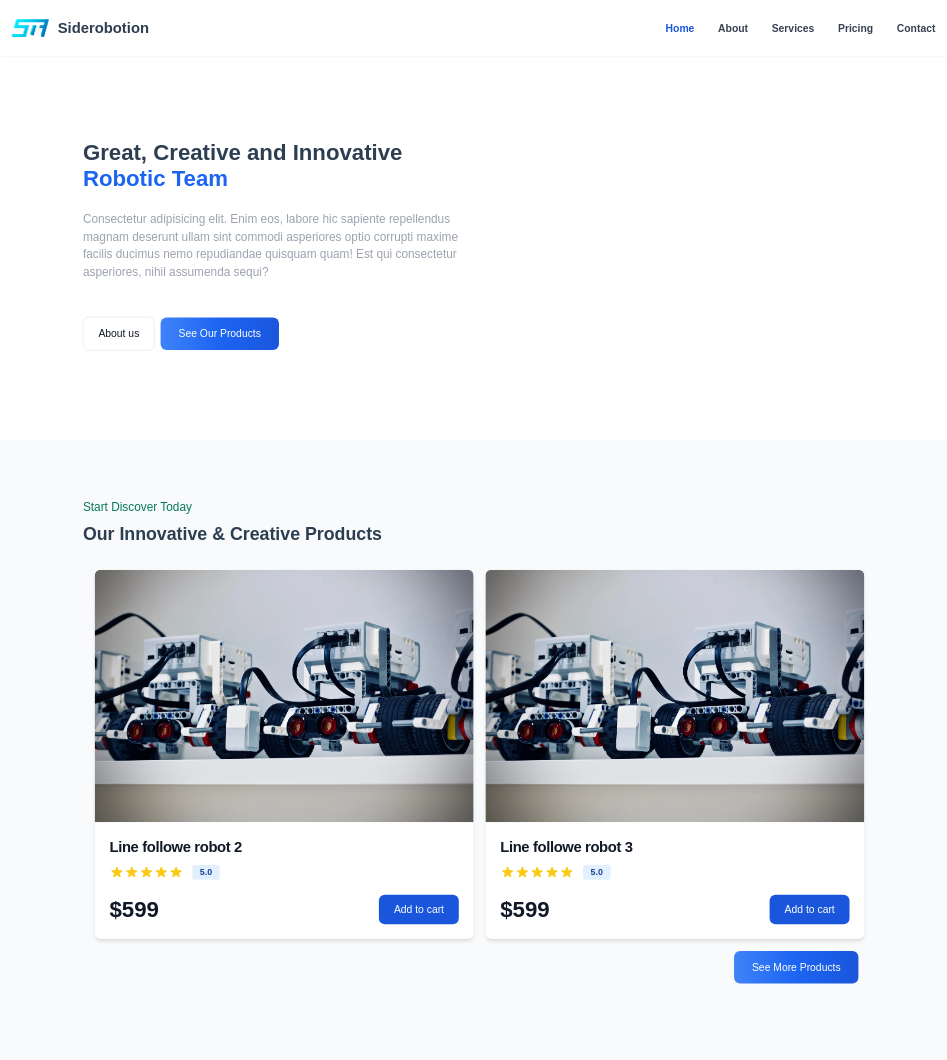
Repository: khulqu15/siderobotion
Page: /
An editor plug-in stored every save of this project. The page is shown before and after the next save, followed by the edit.
The browser window is 1280 px wide. The pictures show the whole page, at 74% of full size.
The project was rebuilt for these pictures with package versions that can differ from the ones it lists, and the page was loaded fresh each time. Also part of the build but not shown: vue.config.js.

Above is the page before, as saved 2022-06-12 02:48:13.

### src/main.js
import { createApp } from 'vue'
import App from './App.vue'
import './registerServiceWorker'
import router from './router'
import store from './store'
import 'flowbite'
import './index.css'

createApp(App)
  .use(store)
  .use(router)
  .mount('#app')

### src/index.css
@tailwind base;
@tailwind components;
@tailwind utilities;
@import url('https://fonts.googleapis.com/css2?family=Poppins:ital,wght@0,100;0,200;0,300;0,400;0,500;0,600;0,700;0,800;0,900;1,100;1,200;1,300;1,400;1,500;1,600;1,700;1,800;1,900&display=swap');

* {
  font-family: 'Poppins', sans-serif !important;
}

### src/views/HomeView.vue
<template>

  <web-layout>
    <div class="p-12 md:p-28 grid grid-cols-1 md:grid-cols-2 gap-4">
      <div class="text-start">
        <h1 class="text-3xl font-semibold">Great, Creative and Innovative <span class="text-blue-600">Robotic Team</span> </h1>
        <p class="text-gray-400 mt-6 mb-12">Consectetur adipisicing elit. Enim eos, labore hic sapiente repellendus magnam deserunt ullam sint commodi asperiores optio corrupti maxime facilis ducimus nemo repudiandae quisquam quam! Est qui consectetur asperiores, nihil assumenda sequi?</p>
        <button type="button" class="py-3 px-5 mr-2 mb-2 text-sm font-medium text-gray-900 focus:outline-none bg-white rounded-lg border border-gray-200 hover:bg-gray-100 hover:text-blue-700 focus:z-10 focus:ring-4 focus:ring-gray-200">About us</button>
        <button type="button" class="text-white bg-gradient-to-r from-blue-500 via-blue-600 to-blue-700 hover:bg-gradient-to-br focus:ring-4 focus:outline-none focus:ring-blue-300 dark:focus:ring-blue-800 font-medium rounded-lg text-sm px-6 py-3 text-center mr-2 mb-2">See Our Products</button>
      </div>
    </div>

    <div class="px-12 md:px-28 py-20 bg-gray-50">
      <div class="text-start">
        <p class="mb-2 text-green-600">Start Discover Today</p>
        <h1 class="text-2xl mb-4 font-semibold">Our Innovative & Creative Products</h1>
      </div>
      <div class="py-4 text-start grid grid-cols-1 md:grid-cols-1 gap-4">
        <div v-for="(item, index) in 3" :key="index">
          <div class="w-full bg-white rounded-lg shadow-md dark:bg-gray-800 dark:border-gray-700">
            <a href="#">
              <img class="rounded-t-lg" :src="require('@/assets/images/product.webp')" alt="product image" />
            </a>
            <div class="p-5">
              <a href="#">
                <h5 class="text-xl font-semibold tracking-tight text-gray-900 dark:text-white">Line followe robot {{ item }}</h5>
              </a>
              <div class="flex items-center mt-2.5 mb-5">
                <svg class="w-5 h-5 text-yellow-300" fill="currentColor" viewBox="0 0 20 20" xmlns="http://www.w3.org/2000/svg"><path d="M9.049 2.927c.3-.921 1.603-.921 1.902 0l1.07 3.292a1 1 0 00.95.69h3.462c.969 0 1.371 1.24.588 1.81l-2.8 2.034a1 1 0 00-.364 1.118l1.07 3.292c.3.921-.755 1.688-1.54 1.118l-2.8-2.034a1 1 0 00-1.175 0l-2.8 2.034c-.784.57-1.838-.197-1.539-1.118l1.07-3.292a1 1 0 00-.364-1.118L2.98 8.72c-.783-.57-.38-1.81.588-1.81h3.461a1 1 0 00.951-.69l1.07-3.292z"></path></svg>
                <svg class="w-5 h-5 text-yellow-300" fill="currentColor" viewBox="0 0 20 20" xmlns="http://www.w3.org/2000/svg"><path d="M9.049 2.927c.3-.921 1.603-.921 1.902 0l1.07 3.292a1 1 0 00.95.69h3.462c.969 0 1.371 1.24.588 1.81l-2.8 2.034a1 1 0 00-.364 1.118l1.07 3.292c.3.921-.755 1.688-1.54 1.118l-2.8-2.034a1 1 0 00-1.175 0l-2.8 2.034c-.784.57-1.838-.197-1.539-1.118l1.07-3.292a1 1 0 00-.364-1.118L2.98 8.72c-.783-.57-.38-1.81.588-1.81h3.461a1 1 0 00.951-.69l1.07-3.292z"></path></svg>
                <svg class="w-5 h-5 text-yellow-300" fill="currentColor" viewBox="0 0 20 20" xmlns="http://www.w3.org/2000/svg"><path d="M9.049 2.927c.3-.921 1.603-.921 1.902 0l1.07 3.292a1 1 0 00.95.69h3.462c.969 0 1.371 1.24.588 1.81l-2.8 2.034a1 1 0 00-.364 1.118l1.07 3.292c.3.921-.755 1.688-1.54 1.118l-2.8-2.034a1 1 0 00-1.175 0l-2.8 2.034c-.784.57-1.838-.197-1.539-1.118l1.07-3.292a1 1 0 00-.364-1.118L2.98 8.72c-.783-.57-.38-1.81.588-1.81h3.461a1 1 0 00.951-.69l1.07-3.292z"></path></svg>
                <svg class="w-5 h-5 text-yellow-300" fill="currentColor" viewBox="0 0 20 20" xmlns="http://www.w3.org/2000/svg"><path d="M9.049 2.927c.3-.921 1.603-.921 1.902 0l1.07 3.292a1 1 0 00.95.69h3.462c.969 0 1.371 1.24.588 1.81l-2.8 2.034a1 1 0 00-.364 1.118l1.07 3.292c.3.921-.755 1.688-1.54 1.118l-2.8-2.034a1 1 0 00-1.175 0l-2.8 2.034c-.784.57-1.838-.197-1.539-1.118l1.07-3.292a1 1 0 00-.364-1.118L2.98 8.72c-.783-.57-.38-1.81.588-1.81h3.461a1 1 0 00.951-.69l1.07-3.292z"></path></svg>
                <svg class="w-5 h-5 text-yellow-300" fill="currentColor" viewBox="0 0 20 20" xmlns="http://www.w3.org/2000/svg"><path d="M9.049 2.927c.3-.921 1.603-.921 1.902 0l1.07 3.292a1 1 0 00.95.69h3.462c.969 0 1.371 1.24.588 1.81l-2.8 2.034a1 1 0 00-.364 1.118l1.07 3.292c.3.921-.755 1.688-1.54 1.118l-2.8-2.034a1 1 0 00-1.175 0l-2.8 2.034c-.784.57-1.838-.197-1.539-1.118l1.07-3.292a1 1 0 00-.364-1.118L2.98 8.72c-.783-.57-.38-1.81.588-1.81h3.461a1 1 0 00.951-.69l1.07-3.292z"></path></svg>
                <span class="bg-blue-100 text-blue-800 text-xs font-semibold mr-2 px-2.5 py-0.5 rounded dark:bg-blue-200 dark:text-blue-800 ml-3">5.0</span>
              </div>
              <div class="flex justify-between items-center">
                <span class="text-3xl font-bold text-gray-900 dark:text-white">$599</span>
                <a href="#" class="text-white bg-blue-700 hover:bg-blue-800 focus:ring-4 focus:outline-none focus:ring-blue-300 font-medium rounded-lg text-sm px-5 py-2.5 text-center dark:bg-blue-600 dark:hover:bg-blue-700 dark:focus:ring-blue-800">Add to cart</a>
              </div>
            </div>
          </div>
        </div>
        <div class="text-right col-span-3">
          <button type="button" class="text-white bg-gradient-to-r from-blue-500 via-blue-600 to-blue-700 hover:bg-gradient-to-br focus:ring-4 focus:outline-none focus:ring-blue-300 dark:focus:ring-blue-800 font-medium rounded-lg text-sm px-6 py-3 text-center mr-2 mb-2">See More Products</button>
        </div>
      </div>
    </div>
  </web-layout>

</template>

<script>
import WebLayout from '@/layouts/WebLayout.vue'
export default {
  name: 'HomeView',
  components: {
    WebLayout
  }
}
</script>

### src/layouts/WebLayout.vue
<template>
  <div id="app-web">
    <div id="nav">
      <navigation-header/>
    </div>
    <div id="body-content">
      <slot id="content"></slot>
    </div>
  </div>
</template>

<script>
import NavigationHeader from '@/components/NavigationHeader.vue'
export default {
  components: {
    NavigationHeader
  }
}
</script>

### src/components/NavigationHeader.vue
<template>
  <div>
    <nav class="bg-white border-gray-200 px-2 sm:px-4 py-6 shadow-sm rounded dark:bg-gray-800">
      <div class="container flex flex-wrap justify-between items-center mx-auto">
        <a href="/" class="flex items-center">
          <img :src="require('@/assets/logo.webp')" class="mr-3 h-4 sm:h-6" alt="Siderobotion Logo">
          <span class="self-center text-xl font-semibold whitespace-nowrap dark:text-white">Siderobotion</span>
        </a>
        <button data-collapse-toggle="mobile-menu" type="button" class="inline-flex items-center p-2 ml-3 text-sm text-gray-500 rounded-lg md:hidden hover:bg-gray-100 focus:outline-none focus:ring-2 focus:ring-gray-200 dark:text-gray-400 dark:hover:bg-gray-700 dark:focus:ring-gray-600" aria-controls="mobile-menu" aria-expanded="false">
          <span class="sr-only">Open main menu</span>
          <svg class="w-6 h-6" fill="currentColor" viewBox="0 0 20 20" xmlns="http://www.w3.org/2000/svg"><path fill-rule="evenodd" d="M3 5a1 1 0 011-1h12a1 1 0 110 2H4a1 1 0 01-1-1zM3 10a1 1 0 011-1h12a1 1 0 110 2H4a1 1 0 01-1-1zM3 15a1 1 0 011-1h12a1 1 0 110 2H4a1 1 0 01-1-1z" clip-rule="evenodd"></path></svg>
          <svg class="hidden w-6 h-6" fill="currentColor" viewBox="0 0 20 20" xmlns="http://www.w3.org/2000/svg"><path fill-rule="evenodd" d="M4.293 4.293a1 1 0 011.414 0L10 8.586l4.293-4.293a1 1 0 111.414 1.414L11.414 10l4.293 4.293a1 1 0 01-1.414 1.414L10 11.414l-4.293 4.293a1 1 0 01-1.414-1.414L8.586 10 4.293 5.707a1 1 0 010-1.414z" clip-rule="evenodd"></path></svg>
        </button>
        <div class="hidden w-full md:block md:w-auto" id="mobile-menu">
          <ul class="flex flex-col mt-4 md:flex-row md:space-x-8 md:mt-0 md:text-sm md:font-medium">
            <li>
              <a href="#" class="block py-2 pr-4 pl-3 text-white bg-blue-700 rounded md:bg-transparent md:text-blue-700 md:p-0 dark:text-white" aria-current="page">Home</a>
            </li>
            <li>
              <a href="#" class="block py-2 pr-4 pl-3 text-gray-700 border-b border-gray-100 hover:bg-gray-50 md:hover:bg-transparent md:border-0 md:hover:text-blue-700 md:p-0 dark:text-gray-400 md:dark:hover:text-white dark:hover:bg-gray-700 dark:hover:text-white md:dark:hover:bg-transparent dark:border-gray-700">About</a>
            </li>
            <li>
              <a href="#" class="block py-2 pr-4 pl-3 text-gray-700 border-b border-gray-100 hover:bg-gray-50 md:hover:bg-transparent md:border-0 md:hover:text-blue-700 md:p-0 dark:text-gray-400 md:dark:hover:text-white dark:hover:bg-gray-700 dark:hover:text-white md:dark:hover:bg-transparent dark:border-gray-700">Services</a>
            </li>
            <li>
              <a href="#" class="block py-2 pr-4 pl-3 text-gray-700 border-b border-gray-100 hover:bg-gray-50 md:hover:bg-transparent md:border-0 md:hover:text-blue-700 md:p-0 dark:text-gray-400 md:dark:hover:text-white dark:hover:bg-gray-700 dark:hover:text-white md:dark:hover:bg-transparent dark:border-gray-700">Pricing</a>
            </li>
            <li>
              <a href="#" class="block py-2 pr-4 pl-3 text-gray-700 hover:bg-gray-50 md:hover:bg-transparent md:border-0 md:hover:text-blue-700 md:p-0 dark:text-gray-400 md:dark:hover:text-white dark:hover:bg-gray-700 dark:hover:text-white md:dark:hover:bg-transparent">Contact</a>
            </li>
          </ul>
        </div>
      </div>
    </nav>

  </div>
</template>

### tailwind.config.js
module.exports = {

  content: [
    "./index.html",
    "./src/**/*.{vue,js,ts,jsx,tsx}",
    "./node_modules/flowbite/**/*.js",
  ],
  theme: {
    extend: {},
  },
  plugins: [
    require('flowbite/plugin')
  ]

}

Loaded but not shown: public/index.html (common file); src/App.vue (common file); src/registerServiceWorker.js (common file); src/router/index.js (common file); src/store/index.js (common file)

After the next save:
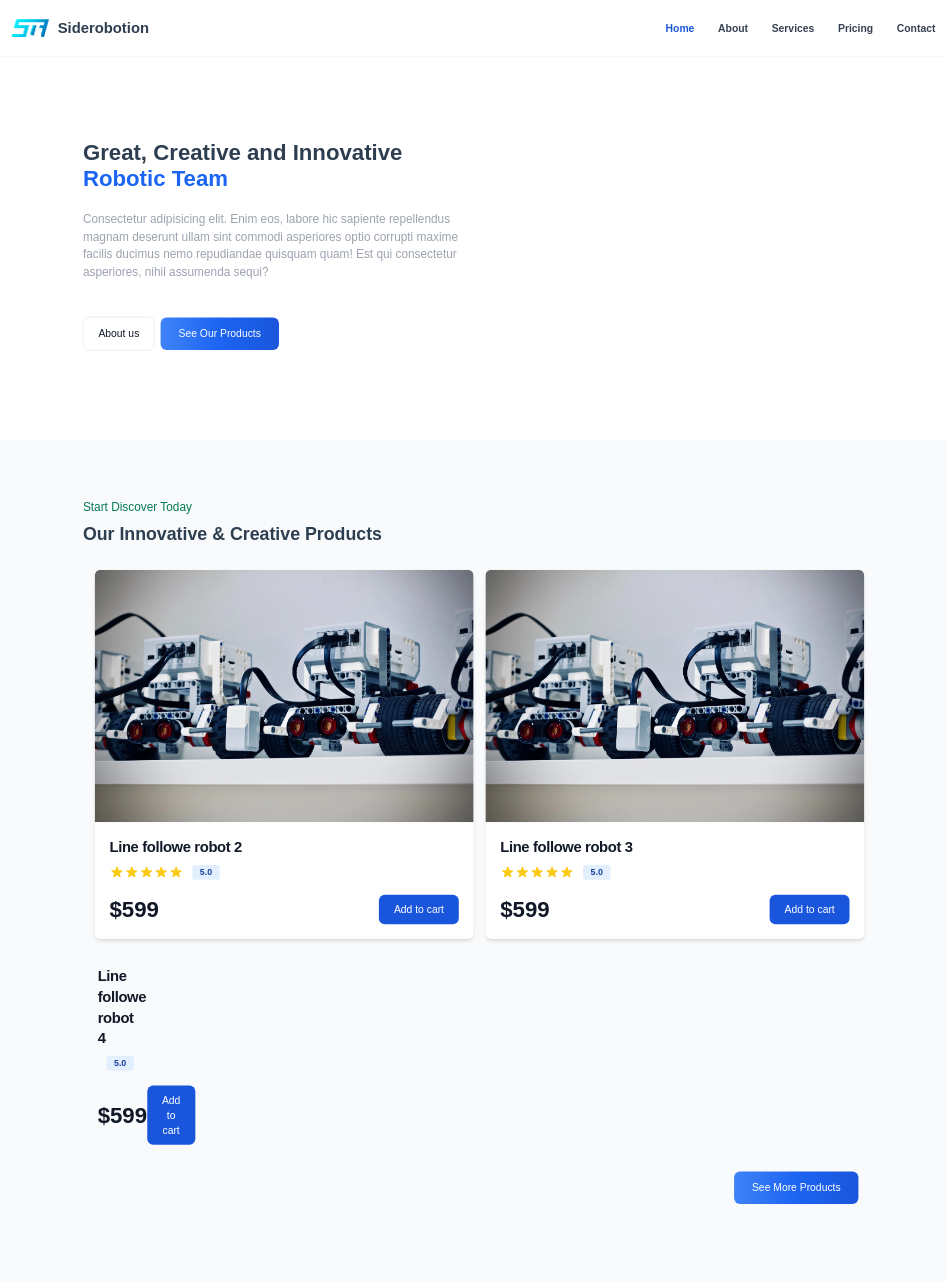
Saved 5 s later.
--- a/src/views/HomeView.vue
+++ b/src/views/HomeView.vue
@@ -16,7 +16,7 @@
         <h1 class="text-2xl mb-4 font-semibold">Our Innovative & Creative Products</h1>
       </div>
       <div class="py-4 text-start grid grid-cols-1 md:grid-cols-1 gap-4">
-        <div v-for="(item, index) in 3" :key="index">
+        <div v-for="(item, index) in 4" :key="index">
           <div class="w-full bg-white rounded-lg shadow-md dark:bg-gray-800 dark:border-gray-700">
             <a href="#">
               <img class="rounded-t-lg" :src="require('@/assets/images/product.webp')" alt="product image" />

After the 2 saves that followed:
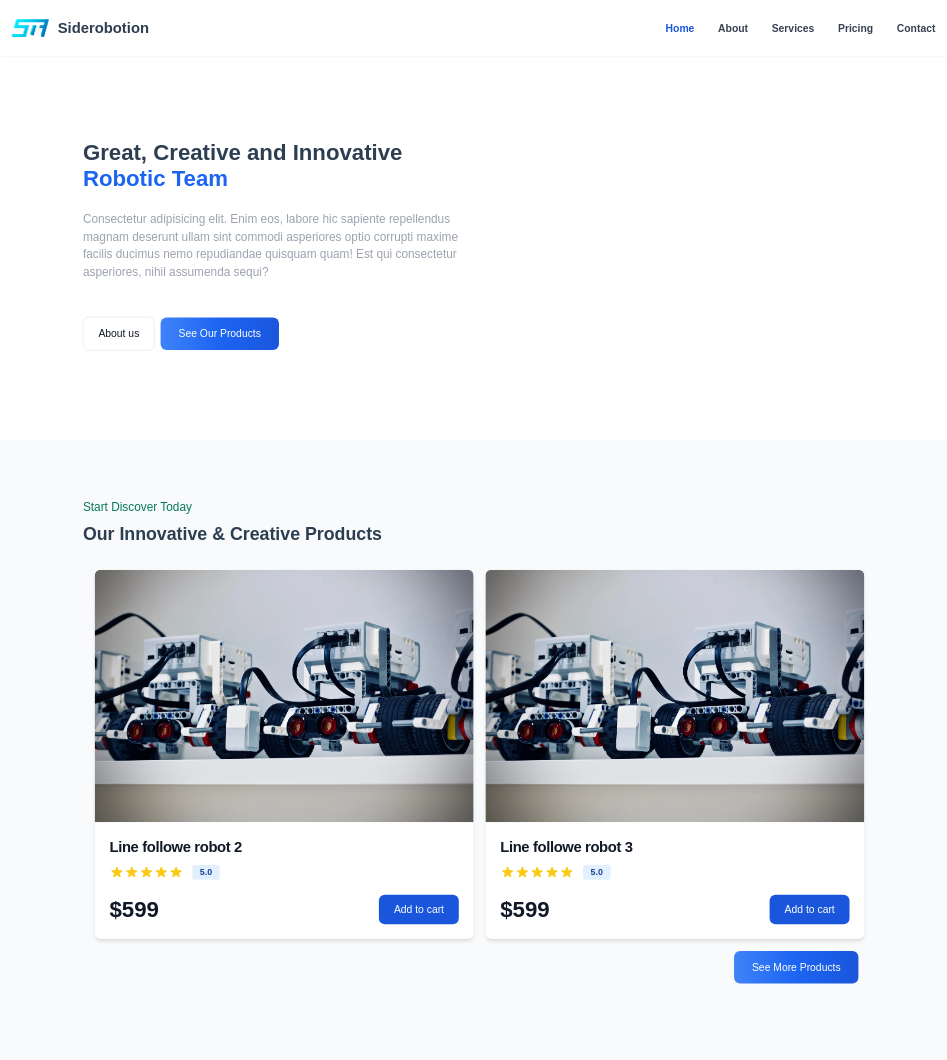
The 2 saves are shown as one change because they came seconds apart.
The last was saved 9 s later.
--- a/src/views/HomeView.vue
+++ b/src/views/HomeView.vue
@@ -16,7 +16,7 @@
         <h1 class="text-2xl mb-4 font-semibold">Our Innovative & Creative Products</h1>
       </div>
       <div class="py-4 text-start grid grid-cols-1 md:grid-cols-1 gap-4">
-        <div v-for="(item, index) in 4" :key="index">
+        <div v-for="(item, index) in 3" :key="index">
           <div class="w-full bg-white rounded-lg shadow-md dark:bg-gray-800 dark:border-gray-700">
             <a href="#">
               <img class="rounded-t-lg" :src="require('@/assets/images/product.webp')" alt="product image" />
